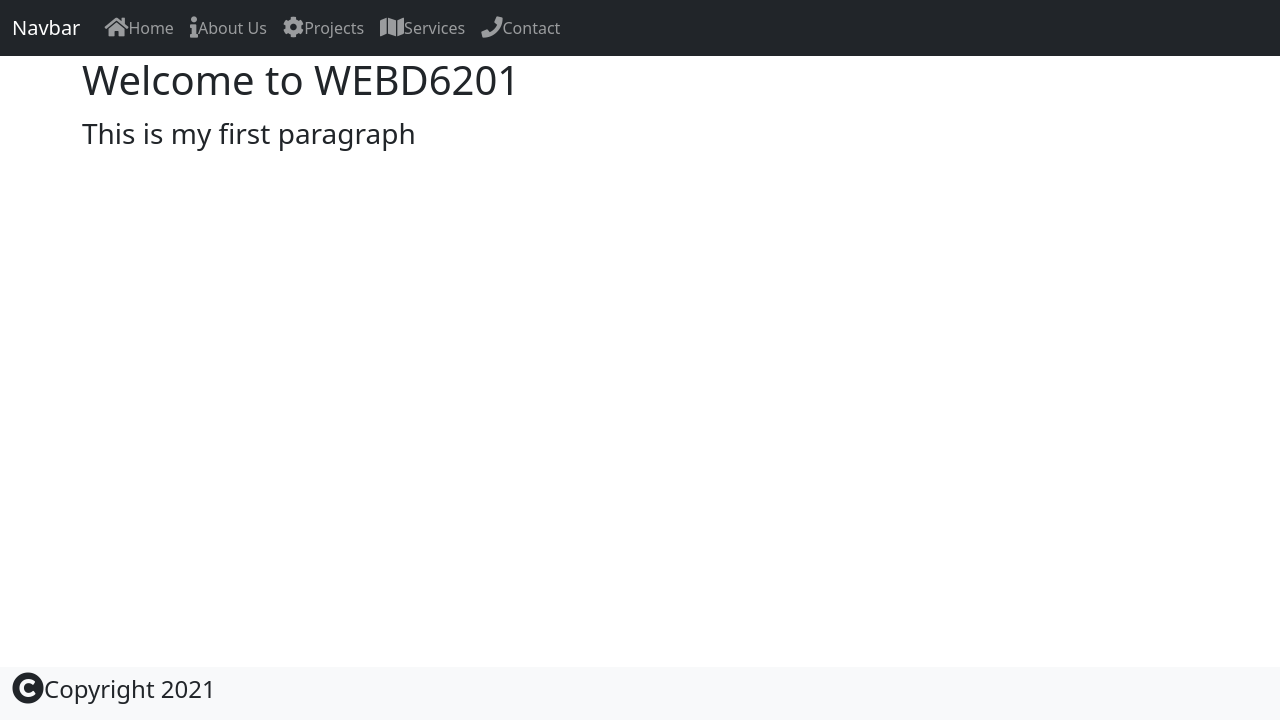
Repository: deividwsantoss/webd6201-W2021-ICE1
Page: about.html
The author's editor kept a copy of each file at every save. The page is drawn from the files as they stood at one save, then again after the next save.
The browser window is 1280 px wide. The pictures show the whole page.

Above is the page before, as saved 2021-02-02 11:49:42.

### about.html
<!DOCTYPE html>
<html lang="en">
<head>
    <meta charset="UTF-8">
    <meta name="viewport" content="width=device-width, initial-scale=1.0">
    <title>WEBD6201 - W2021 - ICE 1</title>
</head>
<!-- CSS SECTION -->
<link rel="stylesheet" href="./node_modules/bootstrap/dist/css/bootstrap.min.css">
<link rel="stylesheet" href="./node_modules/@fortawesome/fontawesome-free/css/all.min.css">
<link rel="stylesheet" href="./Content/app.css">

<body>
    <header>
        <nav class="navbar navbar-expand-lg navbar-dark bg-dark">
            <div class="container-fluid">
              <a class="navbar-brand" href="#">Navbar</a>
              <button class="navbar-toggler" type="button" data-bs-toggle="collapse" data-bs-target="#navbarSupportedContent" aria-controls="navbarSupportedContent" aria-expanded="false" aria-label="Toggle navigation">
                <span class="navbar-toggler-icon"></span>
              </button>
              <div class="collapse navbar-collapse" id="navbarSupportedContent">
                <ul class="navbar-nav me-auto mb-2 mb-lg-0">
                  <li class="nav-item">
                    <a class="nav-link" aria-current="page" href="#"><i class="fas fa-home fa-lg"></i>Home</a>
                  </li>
                  <li class="nav-item">
                    <a class="nav-link" aria-current="page" href="#"><i class="fas fa-info fa-lg"></i>About Us</a>
                  </li>
                  <li class="nav-item">
                    <a class="nav-link" aria-current="page" href="#"><i class="fas fa-cog fa-lg"></i>Projects</a>
                  </li>
                  <li class="nav-item">
                    <a class="nav-link" aria-current="page" href="#"><i class="fas fa-map fa-lg"></i>Services</a>
                  </li>
                  <li class="nav-item">
                    <a class="nav-link" aria-current="page" href="#"><i class="fas fa-phone fa-lg"></i>Contact</a>
                  </li>

                </ul>

              </div>
            </div>
          </nav>
    </header>
    <main class="container">

        <h1>Welcome to WEBD6201 </h1>
        <p id="paragraphOne"> </p>
    </main>

    <footer>
        <nav class="navbar fixed-bottom navbar-light bg-light">
            <div class="container-fluid">
                <h4><i class="fas fa-copyright fa-lg"></i>Copyright 2021 </h4>
            </div>
          </nav>

    </footer>
    <!-- Script Section-->
    <script src="./node_modules/jquery/dist/jquery.min.js"></script>
    <script src="./node_modules/bootstrap/dist/js/bootstrap.bundle.min.js"></script>
    <script src="./Scripts/app.js"></script>
</body>
</html>

### Scripts/app.js
/* Custom JavaScript goes here */


// IIFE -
//AKA - Anonymous self-excuting function

"use strict";

(function()
{


    function Start()
    {
        console.log("App Started...")

        let paragraphOneText = "This is a simple site to demonstrate DOM manipulation for ICE 1";
        let paragraphOneElement = document.getElementById("paragraphOne");

        //let paragraphOneParagraph = document.getElementsByTagName("p")[0];
        //let paragraphOneQuery = document.querySelector("p");
        //let paragraphOneQuerys = document.querySelectorAll("p")[0];

        paragraphOneElement.textContent = paragraphOneText;
        paragraphOneElement.className = "fs-5";

        //SECOND METHOD
        //Step 1. document.createElement
        let newParagraph = document.createElement("p");
        //configure the element
        newParagraph.setAttribute("id", "paragraphTwo");
        newParagraph.textContent = "... And this is Paragraph Two";
        //step 3. Select the parent element
        let mainContent = document.getElementsByTagName("main")[0];
        //step 4. Add / Insert the element
        mainContent.appendChild(newParagraph);

        newParagraph.className = "fs-5";

        //  Another way to insert
        let paragraphDiv = document.createElement('div');
          let paragraphThree = `<p class="fs-7 fw-bold">And this is the Third Paragraph</p>`
        paragraphDiv.innerHTML = paragraphThree;

        newParagraph.before(paragraphDiv);

        // Deletions

        //removing simple element
        // paragraphOneElement.remove();

        //example of remove child
        // mainContent.removeChild(paragraphOneElement);

        // UPDATE - MODIFICATION

        //mainContent.firstElementChild.textContent = "Welcome Home";

        mainContent.innerHTML =
        `<h1 id="firstHeading">Welcome to WEBD6201 </h1>
        <p id="paragraphOne" class="fs-3">This is my first paragraph</p>
        `


    }
    window.addEventListener("load", Start);


})();

Loaded but not shown: node_modules/bootstrap/dist/css/bootstrap.min.css (library); node_modules/@fortawesome/fontawesome-free/css/all.min.css (library); node_modules/jquery/dist/jquery.min.js (library); node_modules/bootstrap/dist/js/bootstrap.bundle.min.js (library); Content/app.css (no stored copy; drawn as an empty file)

After the next save:
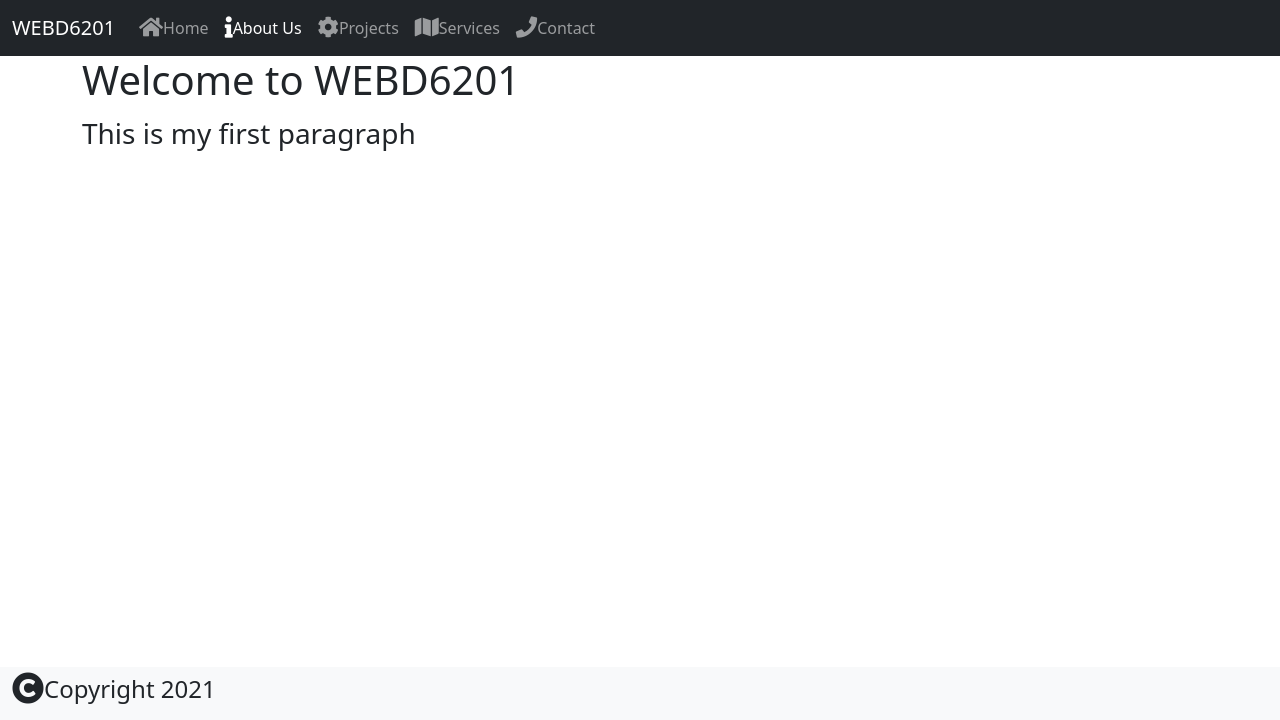
Saved 50 s later.
--- a/about.html
+++ b/about.html
@@ -3,7 +3,7 @@
 <head>
     <meta charset="UTF-8">
     <meta name="viewport" content="width=device-width, initial-scale=1.0">
-    <title>WEBD6201 - W2021 - ICE 1</title>
+    <title>About</title>
 </head>
 <!-- CSS SECTION -->
 <link rel="stylesheet" href="./node_modules/bootstrap/dist/css/bootstrap.min.css">
@@ -11,29 +11,31 @@
 <link rel="stylesheet" href="./Content/app.css">
 
 <body>
+    <!-- MAIN HEADER-->
     <header>
+        <!-- Main Navegation-->
         <nav class="navbar navbar-expand-lg navbar-dark bg-dark">
             <div class="container-fluid">
-              <a class="navbar-brand" href="#">Navbar</a>
+              <a class="navbar-brand" href="Index.html">WEBD6201</a>
               <button class="navbar-toggler" type="button" data-bs-toggle="collapse" data-bs-target="#navbarSupportedContent" aria-controls="navbarSupportedContent" aria-expanded="false" aria-label="Toggle navigation">
                 <span class="navbar-toggler-icon"></span>
               </button>
               <div class="collapse navbar-collapse" id="navbarSupportedContent">
                 <ul class="navbar-nav me-auto mb-2 mb-lg-0">
                   <li class="nav-item">
-                    <a class="nav-link" aria-current="page" href="#"><i class="fas fa-home fa-lg"></i>Home</a>
+                    <a class="nav-link" aria-current="page" href="Index.html"><i class="fas fa-home fa-lg"></i>Home</a>
                   </li>
                   <li class="nav-item">
-                    <a class="nav-link" aria-current="page" href="#"><i class="fas fa-info fa-lg"></i>About Us</a>
+                    <a class="nav-link active" aria-current="page" href="about.html"><i class="fas fa-info fa-lg"></i>About Us</a>
                   </li>
                   <li class="nav-item">
-                    <a class="nav-link" aria-current="page" href="#"><i class="fas fa-cog fa-lg"></i>Projects</a>
+                    <a class="nav-link" aria-current="page" href="projects.html"><i class="fas fa-cog fa-lg"></i>Projects</a>
                   </li>
                   <li class="nav-item">
-                    <a class="nav-link" aria-current="page" href="#"><i class="fas fa-map fa-lg"></i>Services</a>
+                    <a class="nav-link" aria-current="page" href="services.html"><i class="fas fa-map fa-lg"></i>Services</a>
                   </li>
                   <li class="nav-item">
-                    <a class="nav-link" aria-current="page" href="#"><i class="fas fa-phone fa-lg"></i>Contact</a>
+                    <a class="nav-link" aria-current="page" href="contact.html"><i class="fas fa-phone fa-lg"></i>Contact</a>
                   </li>
 
                 </ul>
@@ -42,12 +44,14 @@
             </div>
           </nav>
     </header>
+    <!-- Main content-->
     <main class="container">
 
         <h1>Welcome to WEBD6201 </h1>
         <p id="paragraphOne"> </p>
     </main>
 
+    <!-- Main Footer -->
     <footer>
         <nav class="navbar fixed-bottom navbar-light bg-light">
             <div class="container-fluid">
